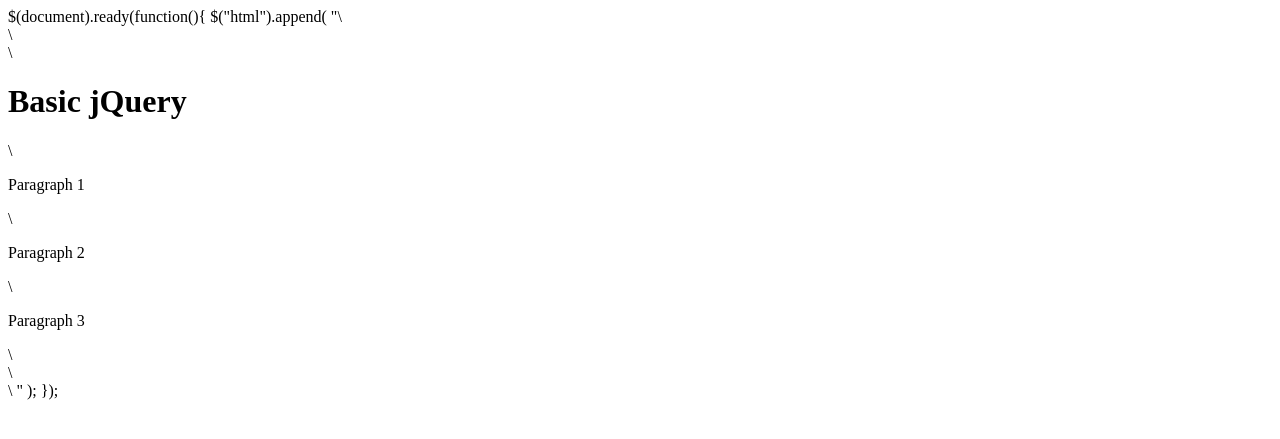
Repository: andyd71/Javascript-Projects
Page: jQuery/jquery.html
The author's editor kept a copy of each file at every save. The page is drawn from the files as they stood at one save, then again after the next save.
The browser window is 1280 px wide. The pictures show the whole page.

Above is the page before, as saved 2021-05-05 19:28:28.

After the next save:
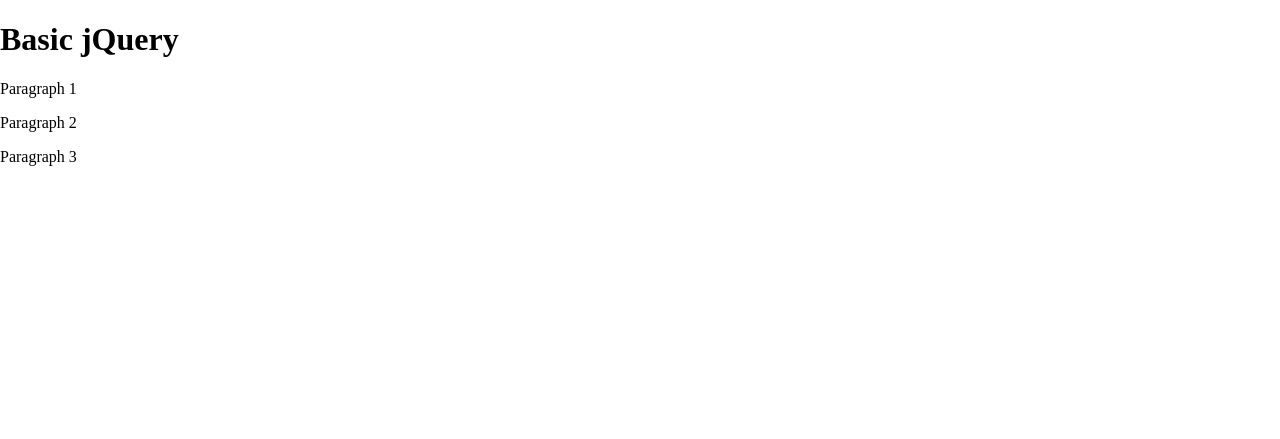
Saved 13 s later.
--- a/jQuery/jquery.html
+++ b/jQuery/jquery.html
@@ -11,7 +11,7 @@
 </head>
 <body>
 
-<scrip>
+<script>
  $(document).ready(function(){
      $("html").append(
          "<body>\
@@ -26,6 +26,6 @@
         </body>"
      );
     });
-</scrip>
+</script>
 </body>
 </html>
